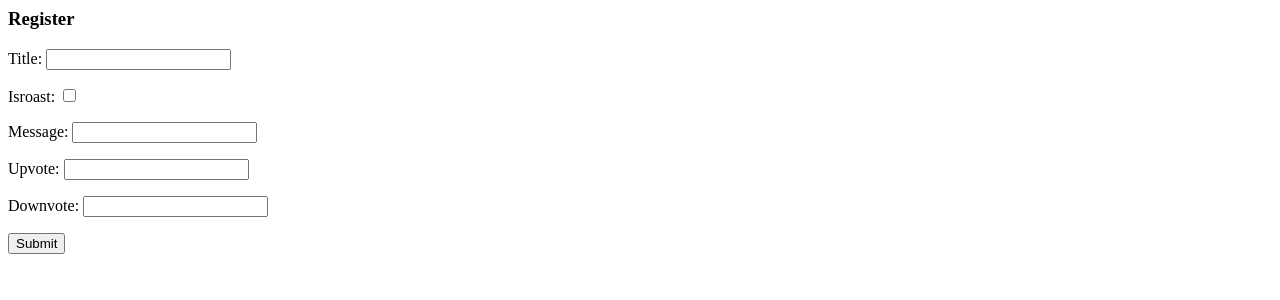
Repository: Imraj423/ghostpost
Page: http://localhost/addpost/
These files come from the project's save history. The page is drawn as it stood at one moment and after the next save; the edit follows.
The browser window is 1280 px wide. The pictures show the whole page.
The page is served by the project's application, run on Django 3.2 (manage.py). Other server files are loaded and not shown.

Above is the page before, as saved 2020-02-10 13:14:38.

### ghostpost/templates/addpost.html


<h3>Register</h3>

{% block content %}
    <form method="POST" action="request.path">
        {% csrf_token %}
        {{ form.as_p }}
    <input type="submit" name="Create Post">
    </form>

{% endblock %}

### ghostpost/forms.py
from django import forms


class addPost(forms.Form):
    title = forms.CharField(widget=forms.TextInput)
    isRoast = forms.BooleanField()
    message = forms.CharField(widget=forms.TextInput)
    upvote = forms.IntegerField()
    downvote = forms.IntegerField()

### ghostpost/views.py
from ghostpost.models import ghostPost
from django.shortcuts import render, reverse, HttpResponseRedirect
from ghostpost.forms import addPost


def index(request):
    item = ghostPost.objects.all()
    return render(request, 'index.html', {'data': item})


def detail(request):
    item = addPost.objects.all()
    return render(request, 'detail.html', {'data': item})


def post_add(request):
    html = 'addpost.html'

    if request.method == 'POST':
        form = addPost(request.POST)

        if form.is_valid():
            form.save()
            data = form.cleaned_data
            ghostPost.objects.create(
                title=data['title'],
                message=data['message']
            )
        return HttpResponseRedirect(reverse("index"))
    form = addPost()

    return render(request, html, {'form': form})

### ghostpost/urls.py
"""ghostpost URL Configuration

The `urlpatterns` list routes URLs to views. For more information please see:
    https://docs.djangoproject.com/en/3.0/topics/http/urls/
Examples:
Function views
    1. Add an import:  from my_app import views
    2. Add a URL to urlpatterns:  path('', views.home, name='home')
Class-based views
    1. Add an import:  from other_app.views import Home
    2. Add a URL to urlpatterns:  path('', Home.as_view(), name='home')
Including another URLconf
    1. Import the include() function: from django.urls import include, path
    2. Add a URL to urlpatterns:  path('blog/', include('blog.urls'))
"""
from django.contrib import admin
from django.urls import path
from . import views
from ghostpost.models import ghostPost

admin.site.register(ghostPost)

urlpatterns = [
    path('admin/', admin.site.urls),
    path('', views.index, name="index"),
    path('detail/<int:id>', views.detail),
    path('addpost/', views.post_add)
    ]

After the next save:
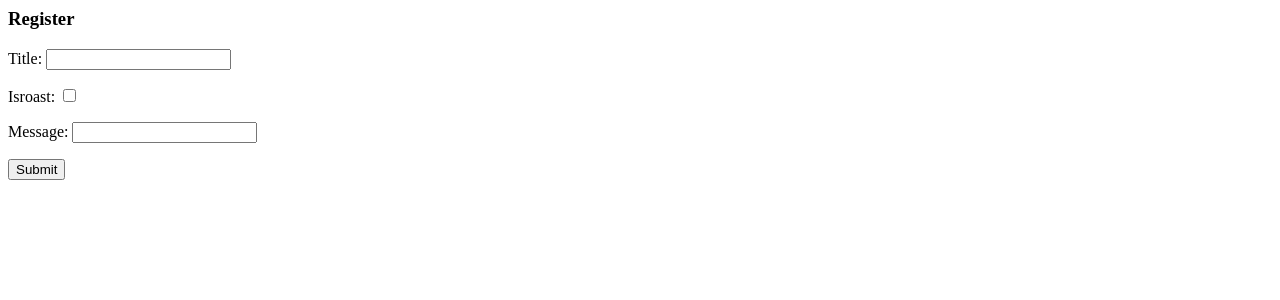
Saved 28 s later.
--- a/ghostpost/forms.py
+++ b/ghostpost/forms.py
@@ -5,5 +5,3 @@ class addPost(forms.Form):
     title = forms.CharField(widget=forms.TextInput)
     isRoast = forms.BooleanField()
     message = forms.CharField(widget=forms.TextInput)
-    upvote = forms.IntegerField()
-    downvote = forms.IntegerField()
